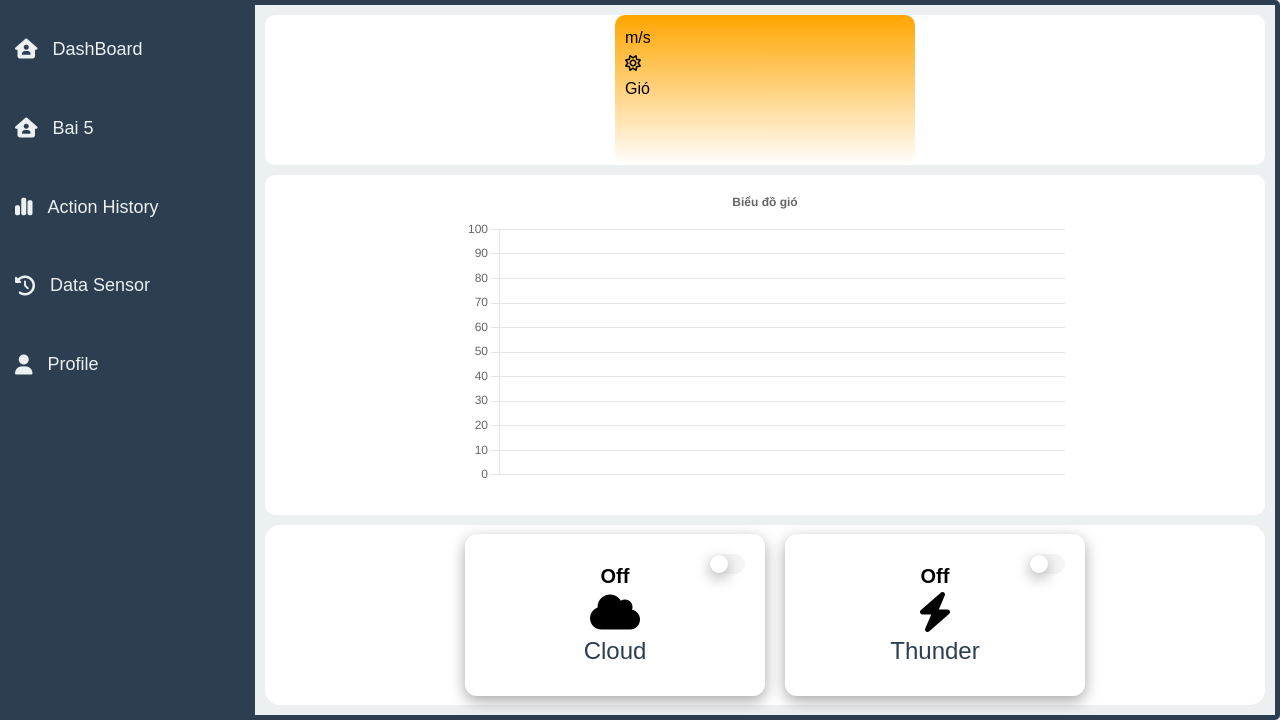
Repository: duongnoob23/duyyyy
Page: /bai5 (app in iot/)
These files come from the project's save history. The page is drawn as it stood at one moment and after the next save; the edit follows.
The browser window is 1280 px wide. The page is 1285 px wide, so the pictures cover 1285 px, including what lies to the right of the window. The pictures show the whole page.
The page's requests for data from a server got no answer. Some web libraries are served in a nearby version. The project was rebuilt for these pictures with package versions that can differ from the ones it lists, and the page was loaded fresh each time. No one was signed in, and anything a server would have sent is missing. Also part of the build but not shown: iot/src/App.css, iot/src/Components/Doughnut/GaugeChart.js, iot/src/Components/LineChart/LineChartECharts.js, iot/src/Pages/Home/Home.js, iot/src/Pages/DataLogs/DataLogs.js, iot/src/Pages/Profile/Profile.css, iot/src/Pages/Profile/Profile.js, iot/src/Pages/Action/Action.js and 1 more.

Above is the page before, as saved 2024-12-02 22:02:26.

### iot/public/index.html
<!DOCTYPE html>
<html lang="en">
  <head>
    <meta charset="utf-8" />
    <link rel="icon" href="%PUBLIC_URL%/favicon.ico" />
    <meta name="viewport" content="width=device-width, initial-scale=1" />
    <meta name="theme-color" content="#000000" />
    <meta
      name="description"
      content="Web site created using create-react-app"
    />
    <link rel="apple-touch-icon" href="%PUBLIC_URL%/logo192.png" />
    <!--
      manifest.json provides metadata used when your web app is installed on a
      user's mobile device or desktop. See https://developers.google.com/web/fundamentals/web-app-manifest/
    -->
    <link rel="manifest" href="%PUBLIC_URL%/manifest.json" />
    <!--
      Notice the use of %PUBLIC_URL% in the tags above.
      It will be replaced with the URL of the `public` folder during the build.
      Only files inside the `public` folder can be referenced from the HTML.

      Unlike "/favicon.ico" or "favicon.ico", "%PUBLIC_URL%/favicon.ico" will
      work correctly both with client-side routing and a non-root public URL.
      Learn how to configure a non-root public URL by running `npm run build`.
    -->
    <link rel="stylesheet" href="https://cdnjs.cloudflare.com/ajax/libs/font-awesome/6.6.0/css/all.min.css" integrity="sha512-Kc323vGBEqzTmouAECnVceyQqyqdsSiqLQISBL29aUW4U/M7pSPA/gEUZQqv1cwx4OnYxTxve5UMg5GT6L4JJg==" crossorigin="anonymous" referrerpolicy="no-referrer" />
    <title>React App</title>
    <script src="https://code.highcharts.com/highcharts.js"></script>
  </head>
  <body>
    <noscript>You need to enable JavaScript to run this app.</noscript>
    <div id="root"></div>
    <!--
      This HTML file is a template.
      If you open it directly in the browser, you will see an empty page.

      You can add webfonts, meta tags, or analytics to this file.
      The build step will place the bundled scripts into the <body> tag.

      To begin the development, run `npm start` or `yarn start`.
      To create a production bundle, use `npm run build` or `yarn build`.
    -->
  </body>
</html>

### iot/src/index.js
import React from 'react';
import { DatePicker } from 'antd';
import ReactDOM from 'react-dom/client';
import './index.css';
import App from './App';
import reportWebVitals from './reportWebVitals';
import { BrowserRouter } from 'react-router-dom';


const root = ReactDOM.createRoot(document.getElementById('root'));
root.render(
  // <React.StrictMode>
  <BrowserRouter>
    <App />
  </BrowserRouter>

  // </React.StrictMode>
);


reportWebVitals();

### iot/src/index.css
body {
  margin: 0;
  font-family: -apple-system, BlinkMacSystemFont, 'Segoe UI', 'Roboto', 'Oxygen',
    'Ubuntu', 'Cantarell', 'Fira Sans', 'Droid Sans', 'Helvetica Neue',
    sans-serif;
  -webkit-font-smoothing: antialiased;
  -moz-osx-font-smoothing: grayscale;
}

code {
  font-family: source-code-pro, Menlo, Monaco, Consolas, 'Courier New',
    monospace;
}

*{
  box-sizing: border-box;
  font-family: Arial, Helvetica, sans-serif;
}

html{
  font-size: 62.5%;
}

ul,li{
  list-style-type: none;
  margin: 0;
  padding:0;
}
a{
  text-decoration: none;
}

body{
  margin: 0;
  padding: 0;

}

### iot/src/App.js
// import logo from './logo.svg';
import './App.css';
import Layout from './Components/Layout/Layout';
import { Routes,Route} from 'react-router-dom';
import Home from './Pages/Home/Home';
import DataLogs from './Pages/DataLogs/DataLogs';
import Profile from './Pages/Profile/Profile';
import Action from './Pages/Action/Action';
import Bai5 from './Pages/Bai5/Bai5';
function App() {
  return (
    <>

      <Routes>
          <Route path="/" element = {<Layout/>}>
            <Route path='home' element={<Home/>}/>
            <Route path='bai5' element={<Bai5 />}/>
            <Route path='datalogs' element={<DataLogs/>}/>
            <Route path='profile' element={<Profile/>}/>
            <Route path='action' element={<Action/>}/>
          </Route>
      </Routes>
    </>
  );
}

export default App;

### iot/src/Pages/Bai5/Bai5.js


import LineChart from '../../Components/LineChart/LineChart';
import './Bai5.css'
import { useState,useEffect } from "react";

import { URL } from '../../Components/Helper/URL';
import LineChartFix from '../../Components/LineChart/LineChartFix';

function Bai5(){


    // const light1 =document.querySelector("device__light");
    const [turnOn3, setTurnOn3] = useState(JSON.parse(localStorage.getItem('turnOn3')) ? JSON.parse(localStorage.getItem('turnOn3')) : false );
    const [turnOn4, setTurnOn4] = useState(JSON.parse(localStorage.getItem('turnOn4')) ? JSON.parse(localStorage.getItem('turnOn4')) : false );

    // const [chartData, setChartData] = useState({ labels: [], datasets: [] });
    const [dataHome,setDataHome] = useState({
        windspeed:"",
    });
    // const handleDataUpdate = (newData) =>{
    //     setChartData(newData);
    // }
    useEffect(() => {
        localStorage.setItem('turnOn3', JSON.stringify(turnOn3));
        localStorage.setItem('turnOn4', JSON.stringify(turnOn4));
    }, [turnOn3,turnOn4]);

    const fetchPostApi = (numberTurnOn,device,turn) =>{
        const option = {
            stt: "",
            device: `${device}`,
            action: `${numberTurnOn === true ? "Off" : "On"}`,
            turn:`${turn}`,
            time: (() => {
                const now = new Date();
                const year = now.getFullYear();
                const month = String(now.getMonth() + 1).padStart(2, '0'); // Tháng từ 0-11
                const day = String(now.getDate()).padStart(2, '0');
                const hours = String(now.getHours()).padStart(2, '0');
                const minutes = String(now.getMinutes()).padStart(2, '0');
                const seconds = String(now.getSeconds()).padStart(2, '0');
                return `${year}-${month}-${day} ${hours}:${minutes}:${seconds}`;
            })(),
        };
         fetch(URL+`/putAction`,{
             method:"POST",
             headers:{
                 Accept:"application/json",
                 "Content-type":"application/json"
             },
             body:JSON.stringify(option),
         })
         .then( res => res.json())
         .then(data => {
             if(data){
                console.log(data);
             }
         })
    }



    // const handleWind = () => {
    //     setTurnOn(turnOn => !turnOn);
    //     fetchPostApi(turnOn,"wind","data/wind");
    // }

    const handleDataUpdate = (data) =>{
        setDataHome({
            ...dataHome,
            windspeed: data.windspeed,
         });
    }

    const handleTurnOnLight = () => {

    }
     return(
        //
        <>
        <div class="main">
            <div className="section">
                <div className="section-two">
                    <div className="bai">
                        <div className="bai5">
                            <div className="bai5-item bai5-one" style={{ backgroundImage:`linear-gradient(to bottom, orange ,white ` }}>
                                <div className="bai5-digit" >{dataHome.windspeed} m/s </div>
                                <i className="fa-regular fa-sun"></i>
                            <div className="light">Gió</div>
                        </div>
                    </div>
                    </div>
                    <div className="chart">
                        <div style={{
                            padding: '0px',
                            marginBottom: "20px"
                            }}>
                            <LineChartFix onDataUpdate={handleDataUpdate} />
                        </div>
                    </div>

                    <div className="control">
                        <ul className="control-list ">
                            <li className="control-item">
                                <div className="control-box">
                                <input checked={turnOn3} type="checkbox" className="control-input" id="control-input1" />
                                <label htmlFor="control-input1" className="control-label" onClick={handleTurnOnLight}></label>
                                    </div>


                                <div className="on-off">{turnOn3 ? "On" : "Off"}</div>
                                <i className={turnOn3 ? "fa-solid fa-cloud control-light show" : "fa-solid fa-cloud control-light"}></i>
                                     <div className="text">Cloud</div>
                            </li>
                            <li className="control-item">
                                <div className="control-box">
                                <input checked={turnOn4} type="checkbox" className="control-input" id="control-input1" />
                                <label htmlFor="control-input1" className="control-label" onClick={handleTurnOnLight}></label>
                                    </div>


                                <div className="on-off">{turnOn4 ? "On" : "Off"}</div>
                                <i className={turnOn4 ? "fa-solid fa-bolt control-light show" : "fa-solid fa-bolt control-light"}></i>
                                     <div className="text">Thunder</div>
                            </li>
                        </ul>
                    </div>
                </div>

            </div>
        </div>
        </>
    )
};
export default Bai5;

### iot/src/Components/Layout/Layout.css


/* Reset default padding and margins */
* {
    margin: 0;
    padding: 0;
    box-sizing: border-box;
}

/* DashBoard container */
.dashBoard {
    display: flex;
    height : 100vh;
    font-family: 'Roboto', sans-serif;
}

/* SideBar styling */
.sideBar {
    width: 250px;
    background-color: #2c3e50;
    padding: 20px 0;
    position: fixed;
    height: 100%;
    transition: all 0.3s ease;
}

.sideBar-list {
    list-style: none;
    padding-left: 0;
}

.sideBar-item {
    margin-bottom: 20px;
}

.sideBar-icon {
    display: flex;
    align-items: center;
    padding: 15px;
    color: #ecf0f1;
    text-decoration: none;
    transition: background 0.3s ease, color 0.3s ease;
}

.sideBar-icon i {
    margin-right: 15px;
    font-size: 20px;
}

/* Hover effect for sidebar items */
.sideBar-icon:hover {
    background-color: #34495e;
    color: #1abc9c;
    cursor: pointer;
    padding-left: 25px; /* Add a slide effect */
    transition: all 0.3s ease;
}

.sideBar-text {
    font-size: 18px;
}

/* Active link effect */
.sideBar-icon.active {
    background-color: #1abc9c;
    color: #fff;
    border-radius: 8px;
    transition: all 0.3s ease;
}

/* SideMain styling */
.sideMain {
    margin-left: 250px;
    background-color: #ecf0f1;
    flex-grow: 1;
}

/* Responsive Design */
@media screen and (max-width: 768px) {
    .sideBar {
        width: 200px;
    }

    .sideBar-icon {
        padding: 10px;
    }

    .sideMain {
        margin-left: 200px;
        padding: 20px;
    }
}

@media screen and (max-width: 576px) {
    .sideBar {
        width: 60px;
    }

    .sideBar-icon i {
        margin-right: 0;
        text-align: center;
        flex: 1;
    }

    .sideBar-text {
        display: none;
    }

    .sideMain {
        margin-left: 60px;
        padding: 10px;
    }
}

### iot/src/Pages/Home/Home.css
/* General Styling */
.main {
    display: flex;
    flex-direction: column;
    height : 100%; /* Chiếm toàn bộ chiều cao của màn hình */

    box-sizing: border-box; /* Đảm bảo padding không làm thay đổi kích thước */
}

.section {
  width: 100%;
  height : 100%;
}



.section-one{
    width: 100%;
    height : 100%;
    display: flex;
    flex-direction: row;

}

.left{
  width: 75%;
}

.right{
  width: 25%;
}

.sensor{
    height: 30%;
}


.sensor-list {
    height: 100%;
    display: flex;
    list-style-type: none;
    padding: 0;
    margin: 0;
    justify-content: space-between; /* Rải đều các phần tử trong container */
    width: 100%; /* Chiếm toàn bộ chiều rộng của màn hình */
}

.sensor-item {
    flex: 1; /* Các phần tử sẽ tự động chiếm đều không gian */
    /* padding: 5px; */
    background-color: #ffffff;
    border-radius: 12px;
    box-shadow: 0 4px 12px rgba(0, 0, 0, 0.1);
    display: flex;
    flex-direction: column;
    align-items: center;
    text-align: center;
    margin: 10px;
    min-width: 50px; /* Đảm bảo các phần tử không quá nhỏ */
}
  .sensor-item .sensor-digit {
    font-size: 1.2em;
    font-weight: bold;
    margin-bottom: 5px;
    color: #333;
  }

  .sensor-item:nth-child(2){
    /* margin:10px 20px; */
  }

  .sensor-bar {
    width: 100%;
    height: 100px;
    background-color: #e0e0e0;
    border-radius: 8px;
    position: relative;
    overflow: hidden;
    margin: 10px 0;
  }

  .sensor-fill {
    position: absolute;
    bottom: 0;
    width: 100%;
    border-radius: 8px;
  }

  .sensor-item.light .sensor-fill {
    background-color: #ffb74d; /* Soft orange for light */
  }

  .sensor-item.temperature .sensor-fill {
    background-color: #ef5350; /* Soft red for temperature */
  }

  .sensor-item.humidity .sensor-fill {
    background-color: #42a5f5; /* Soft blue for humidity */
  }

  .label {
    font-size: 0.9em;
    font-weight: 600;
    color: #777;
  }
  /* Chart Section */
  .chart {
    height: 70%;
    width: 100%;
    /* margin-top: 20px; */
    /* margin: 15px; */
    padding: 0;
  }
.styleChart{
  aspect-ratio: 7/3;
}
  /* Electric Section */
  .electric {
    width: 100%;
    margin-top: 5px;
  }

  .electric-list {
    list-style: none;
    padding: 0;
    margin: 0;
    display: flex;
    flex-direction: column;
    justify-content: space-around;
    gap: 15px;
  }

  .electric-item {
    /* flex: 1; */
    text-align: center;
    padding: 20px;
    background-color: #f9f9f9;
    border-radius: 10px;
    box-shadow: 0px 4px 10px rgba(0, 0, 0, 0.1);
    transition: transform 0.3s ease, box-shadow 0.3s ease;
    width: 300px;
  }




  .electric-box {
    position: relative;
    margin-bottom: 10px;
  }

  .electric-input {
    display: none;
  }

  .electric-label {
    display: block;
    width: 60px;
    height: 30px;
    background-color: #ddd;
    border-radius: 15px;
    position: relative;
    cursor: pointer;
    transition: background-color 0.3s;
  }



  .electric-input:checked + .electric-label {
    background-color: #4caf50;
  }

  .electric-input:checked + .electric-label:before {
    left: 31px;
  }

  .on-off {
    font-weight: bold;
    margin-top: 8px;
    font-size: 16px;
  }

  .electric-item i {
    font-size: 36px;
    color: #4caf50;
  }

  .electric-item .light-icon,
  .electric-item .temp-icon,
  .electric-item .air-icon {
    color: #aaa;
  }

/* css button  */

### iot/src/Components/Helper/URL.js
export const URL = "http://localhost:3001";

### iot/src/Pages/DataLogs/DataLogs.css
*{
    box-sizing: border-box;
}
.table {
    width: 90%;
    border-collapse: collapse;
    margin: 10px;
    border-radius:10px;
    overflow: hidden;
}

.data{
    border:5px solid #2c3e50;
    border-radius: 0 5px 5px 0;
    height: 100%;
}

.table__body{
    border-radius: 10px;
    border: 2px solid #2c3e50;
}

.table__head{
    border: 2px solid #2c3e50;
}
th, td {
    padding: 10px;
    text-align: center;
    border-bottom: 1px solid #ddd;
}
th {
    background-color: #2c3e50;
    color: white;
}

.table-row__body{
    transition: all 0.1s linear;

}
.table-row__body:nth-child(even){
    background-color: #eee;

}
.table-row__body:hover{
    background-color: #2c3e50;
    color: #F4C427;

}

.table-row__body:active{
    background-color: #2c3e50;
    color: #F4C427;
}
.data__title{
    margin-left: 10px;
    font-size: 20px;
    font-weight: bold;
}

.data__sort{
    margin-left: 10px;
    font-size: 15px;
    font-weight: bold;
    margin-bottom: 10px;

}

.data__in{
    border-radius: 10px;
    border: 2px solid #7A40F2;
    margin: 10px;
}

### iot/src/Pages/Action/Action.css
* {
    box-sizing: border-box;
    font-family: 'Arial', sans-serif; /* Change this to your preferred font */
    font-size: 16px; /* Default font size */
    line-height: 1.6; /* Controls line spacing */
}


.action {
    border: 5px solid #2c3e50;
    border-radius: 0 5px 5px 0;
    height: 100vh; /* Full viewport height */
    display: flex;
    flex-direction: column;
    justify-content: space-between; /* Distribute space evenly */
}

.action-title {
    margin-left: 10px;
    font-size: 24px;
    font-weight: bold;
    margin-bottom: 20px;
}

.option {
    display: flex;
    align-items: center;
    margin-bottom: 20px;
}

.search {
    margin-left: 20px;
    display: flex;
    align-items: center;
}

.search__input {
    padding: 8px 15px;
    border-radius: 8px;
    outline: none;
    border: 1px solid #2c3e50;
    margin-right: 5px;
    font-size: 16px;
}

.search__icon {
    cursor: pointer;
    font-size: 20px;
    color: #2c3e50;
}

.select, .select2 {
    margin-left: auto;
    padding: 0 10px;
}

.select__list {
    padding: 8px 12px;
    border-radius: 8px;
    border: 1px solid #2c3e50;
    outline: none;
    font-size: 16px;
}

/* Table container to control overflow */
.table__container {
    flex-grow: 1;
    overflow-y: auto;
    border-radius: 10px;
    margin: 0 20px;
    padding-bottom: 20px;
}

.table {
    width: 100%;
    border-collapse: collapse;
}

.table__head {
    background-color: #2c3e50;
    color: white;
    border-radius: 10px 10px 0 0;
}

.table-row__head th, .table-row__body td {
    padding: 10px;
    text-align: center;
}

.table-row__body:nth-child(even) {
    background-color: #f7f7f7;
}

.table-row__body:hover {
    background-color: #2c3e50;
    color: #F4C427;
}

/* Maintain height to ensure 10 rows fill the page */
.table-row__body {
    height: 40px; /* Adjust this based on design preferences */
    transition: background-color 0.3s;
}

.table__body {
    border-radius: 0 0 10px 10px;
}

.pagination {
    margin-right: 20px;
    padding: 10px 0;
    text-align: right;
}

.pagi__list {
    display: flex;
    justify-content: flex-end;
    align-items: center;
    font-size: 16px;
}

.pagi__item {
    margin: 0 5px;
    cursor: pointer;
    padding: 5px 10px;
    border: 1px solid #3498db;
    border-radius: 5px;
    transition: background-color 0.3s;
}

.pagi__next, .pagi__pre {
    color: #3498db;
}

.pagi__cur {
    font-weight: bold;
    color: #fff;
    background-color: #15181b;
    border-radius: 5px;
    padding: 5px 10px;
}

/* Ensure last row visibility */
.table__container::-webkit-scrollbar {
    width: 6px;
}

.table__container::-webkit-scrollbar-thumb {
    background-color: #121518;
    border-radius: 10px;
}

### iot/src/Pages/Bai5/Bai5.css
.main{
    width: 100%;
    padding:10px;
    height: 100%;
    border:5px solid #2c3e50;
    border-radius: 0 5px 5px 0;
}


.section{
}

.section .section-two{
    height: 100%;
    width: 100%;
    display: flex;
    flex-direction: column;
}



.control{
    background-color: white;
    border-radius: 15px;
}

.control-list{
    display: flex;
    justify-content: center;
    align-items: center;
    margin-left: -20px;
    height: 100%;
}

.control-item{
    width: 80%;
    height: calc(100% / 3 - 10px);
    margin-left: 20px;
    border-radius: 10px;
    padding: 10px;
    box-shadow: rgba(0, 0, 0, 0.35) 0px 5px 15px;
    color:#2c3e50;
    display: flex;
    flex-direction: column;
    justify-content: space-between;
    font-size: 15px;
    transition: all 0.25s linear;
    position: relative;
}



.control-item i{
    font-size: 40px;
}

.control-item .on-off{
    font-size: 20px;
    color: black;
    margin-top: 0;
}

.control-item:hover .on-off{
}

.control-input{
    display: none;
}

.control-input:checked + .control-label{
    background-color: #2c3e50;
    box-shadow: white 0px 5px 15px;
}

.control-input:checked + .control-label:after{
    background-color: white;
    transform: translateX(17px);
}
.control-input:checked .temperature{
    color: #2c3e50;
}


.control-label{
    position: absolute;
    top:20px;
    right: 20px;
    width: 36px;
    height: 20px;
    border-radius: 20px;
    background-color: #F5F5F5;
    transition: all 0.25s linear;
    cursor: pointer;
}

.control-label:after{
    cursor: pointer;
    content: "";
    position:  absolute;
    top:1px;
    left: 1px;
    width: 18px;
    height: 18px;
    border-radius: 50%;
    background-color: white;
    transition: all 0.25s linear;
    box-shadow: rgba(0, 0, 0, 0.35) 0px 5px 15px;
}

.control-item .control-light{
    display: inline-block;
    font-size: 40px;
    color: black;
    transition: all 0.4s linear;
    display: flex;
    justify-content: center;
    align-items: center;
}
.control-item .control-light.show{
    color: yellow;
    filter: drop-shadow(0 0 10px rgba(255, 255, 0, 0.8)) drop-shadow(0 0 20px rgba(255, 255, 0, 0.642));
}

.control-item .control-air{
    display: flex;
    justify-content: center;
    align-items: center;
    color:black;
}

.control-item .control-air.show{
    content: "";
    animation:spin 2s linear infinite;
    color:#3acbe9;
    transition: all 0.4s linear;
}

.control-item .control-temperature{
    display: flex;
    justify-content: center;
    align-items: center;
    color:black;
}

.control-item .control-temperature.show{
    background-image: linear-gradient(to top,red,yellow);
    color:transparent;
    background-clip: text;
    transition: all 0.4s linear;
}

@keyframes spin {
    to{
        transform: rotate(720deg);
    }
  }

.meter{
    background-color: white;
    padding:10px;
    border-radius: 15px;
    margin-bottom: 5px;
}

.meter-list{
    display: flex;
    justify-content: center;
    align-items: center;
    margin-left: -20px;
}

.meter-item{
    width: calc(100% / 3 - 20px);
    height: 120px;
    margin-left: 20px;
    border-radius: 10px;
    padding: 10px;
    box-shadow: rgba(0, 0, 0, 0.35) 0px 5px 15px;
    color:black;
    display: flex;
    flex-direction: column;
    justify-content: space-between;
    font-size: 18px;
    transition: all 0.25s linear;
    position: relative;
}
.meter-item:first-child{
    background-color: #f4c427;
    }



.meter-item:last-child{
    background-color: #3acbe9;
}

.meter-item:nth-child(2){
    background-color: #FF9060;
}

.meter-digit
{
    text-align: start;
    font-size: 24px;
    font-weight: white;
}

.chart{
    width: 100%;
    height: 50%;
    border-radius: 10px;
    background-color: white;
    padding:10px;
    margin-bottom: 10px;
    ;
}



.blink {
    background-color: yellow;
    /* animation: blink 1s infinite; */
    color:black;
  }

  @keyframes blink {
    0%, 100% {
      background-color: yellow;
      color:white;
    }
    50% {
      background-color: transparent;
    }
  }

.bai{
    width: 100%;
    height: 25%;
    background-color: white;
    margin-bottom: 10px;
    border-radius: 10px;
    overflow: hidden;
}
.bai5{
    background-color: white;
    margin: 0 auto;
    width: 300px;
    height: 100%;
    border-radius: 10px;
    overflow: hidden;
}

.bai5 .bai5-item{
    padding: 10px;
    height: 100%;
}
.control{
    width: 100%;
    height: 30%;
}

.control-list{
    height: 100%;
    display: flex;
    justify-content: center;
    align-items: center;
    margin-right: -20px;
}

.control-item{
    margin-left: 20px;
    width: 300px;
    height: 90%;
    padding: 10px;
    border-radius: 12px;
    font-size: 32px;
    display: flex;
    justify-content: center;
    align-items: center;
    flex-direction: column;
}

.control-item .text{
    font-size: 24px;
}

.control-item i{
    font-size: 24px;
}

Loaded but not shown: iot/src/reportWebVitals.js (common file); iot/src/Components/LineChart/LineChartFix.js (105 lines, source omitted); iot/src/Components/Layout/Layout.js (61 lines, source omitted)

After the next save:
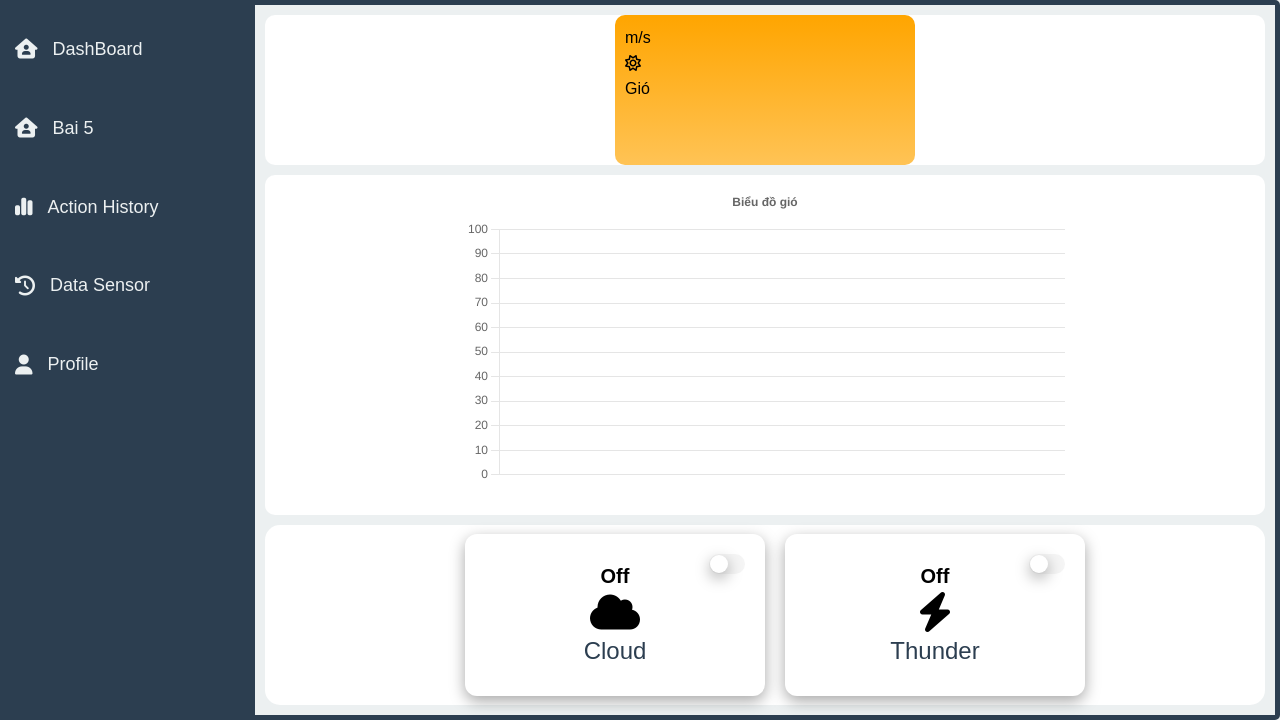
Saved 38 s later.
--- a/iot/src/Pages/Bai5/Bai5.js
+++ b/iot/src/Pages/Bai5/Bai5.js
@@ -84,7 +84,7 @@ function Bai5(){
                 <div className="section-two">
                     <div className="bai">
                         <div className="bai5">
-                            <div className="bai5-item bai5-one" style={{ backgroundImage:`linear-gradient(to bottom, orange ,white ` }}>
+                            <div className="bai5-item bai5-one" style={{ backgroundImage:`linear-gradient(to bottom, orange ,#ffc355 ` }}>
                                 <div className="bai5-digit" >{dataHome.windspeed} m/s </div>
                                 <i className="fa-regular fa-sun"></i>
                             <div className="light">Gió</div>
